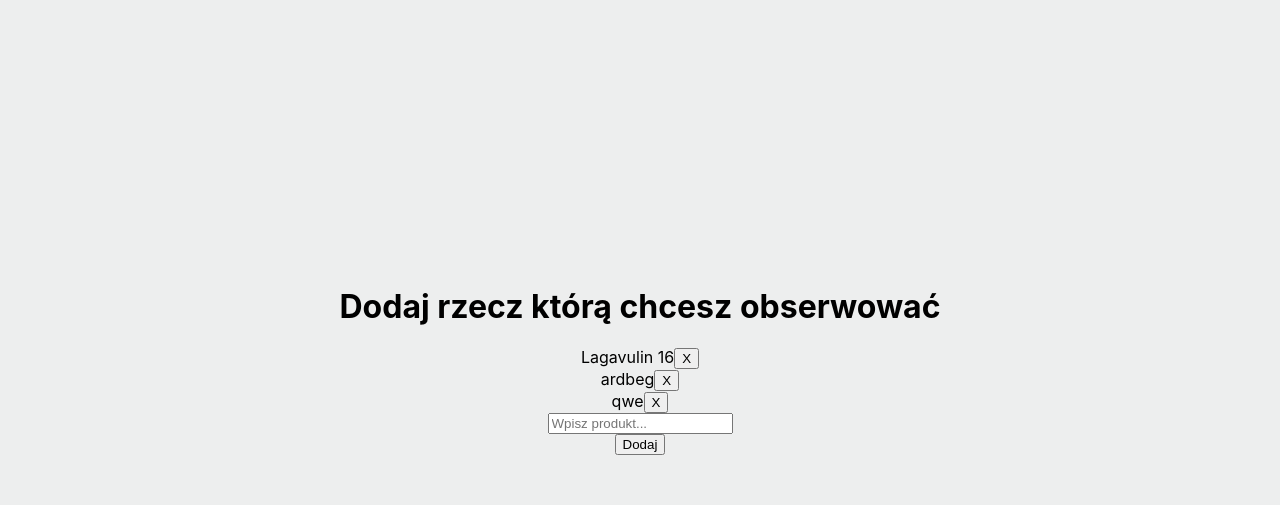
Repository: matedoo/crawler
Page: /MainApp
An editor plug-in stored every save of this project. The page is shown before and after the next save, followed by the edit.
The browser window is 1280 px wide. The pictures show the whole page.
The project was rebuilt for these pictures with package versions that can differ from the ones it lists, and the page was loaded fresh each time. Requests to the local data server were answered from the project's data file. Also part of the build but not shown: src/Components/button.js, src/Components/LoginComponents/LoginApp.js, src/Components/LoginComponents/RegisterApp.js, src/Components/btnContainer.js, src/Components/heading.js, src/Components/LoginComponents/StartApp.js.

Above is the page before, as saved 2020-04-28 21:53:27.

After the next save:
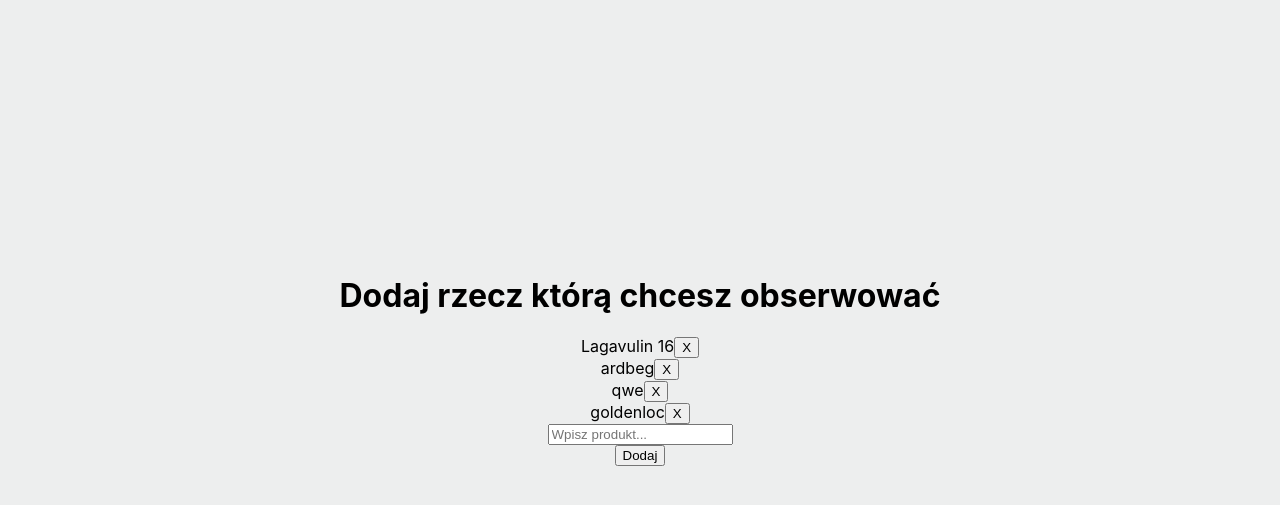
Saved 2 min 23 s later.
--- a/db.json
+++ b/db.json
@@ -11,6 +11,10 @@
     {
       "title": "qwe",
       "id": 4
+    },
+    {
+      "title": "goldenloc",
+      "id": 6
     }
   ]
 }
